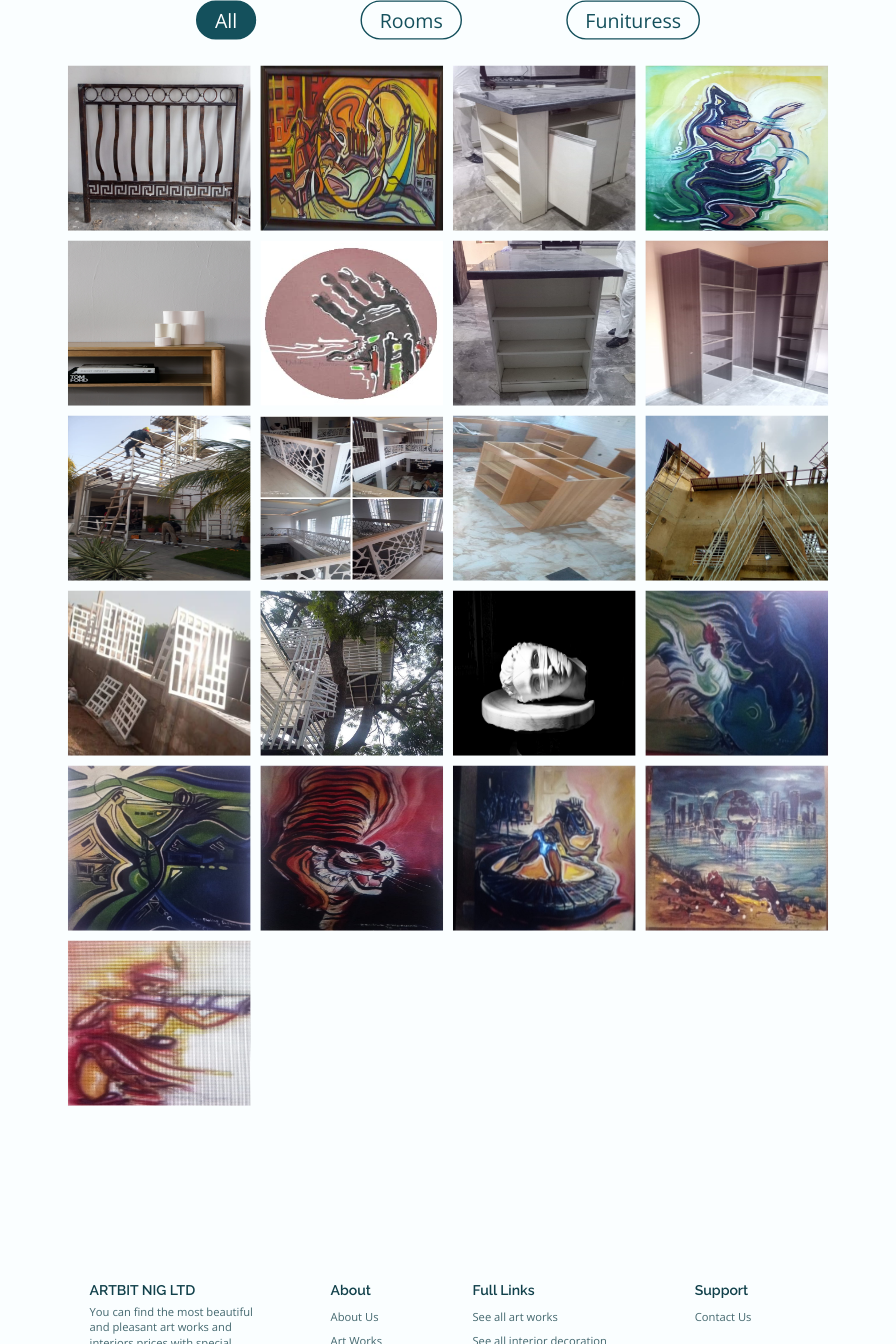
Repository: uche-hub/ARTBIT-WEB
Page: interiors.html
These files come from the project's save history. The page is drawn as it stood at one moment and after the next save; the edit follows.
The browser window is 1280 px wide. The pictures show the part of the page from y = 932 to 2852 px (the page is 3204 px tall), at 70% of full size.

Above is the page before, as saved 2021-11-17 15:39:58.
Console error: TypeError: Cannot read properties of null (reading 'classList')

### interiors.html
<!DOCTYPE html>
<html lang="en">
  <head>
    <meta charset="UTF-8" />
    <meta name="viewport" content="width=device-width, initial-scale=1.0" />

    <link rel="shortcut icon" href="assets/img/favicon.png" type="image/png" />

    <!--=============== REMIXICONS ===============-->
    <link
      href="https://cdn.jsdelivr.net/npm/remixicon@2.5.0/fonts/remixicon.css"
      rel="stylesheet"
    />

    <!--=============== SWIPER CSS ===============-->
    <link rel="stylesheet" href="assets/css/swiper-bundle.min.css" />

    <!--=============== CSS ===============-->
    <link rel="stylesheet" href="assets/css/styles.css" />
    <title>Art Work</title>
  </head>

  <body>
    <header class="header" id="header">
      <nav class="nav container">
        <a href="index.html" class="nav__logo">ARTBIT NIG LTD</a>

        <div class="nav__menu" id="nav-menu">
          <ul class="nav__list">
            <li class="nav__item">
              <a href="index.html" class="nav__link">Home</a>
            </li>
            <li class="nav__item">
              <a href="about.html" class="nav__link">About</a>
            </li>
            <li class="nav__item">
              <a href="interiors.html" class="nav__link active-link"
                >Interiors</a
              >
            </li>
            <li class="nav__item">
              <a href="art.html" class="nav__link">Art Works</a>
            </li>
            <li class="nav__item">
              <a href="contact.html" class="nav__link">Contact Us</a>
            </li>
          </ul>

          <div class="nav__dark">
            <!-- Theme change button -->
            <span class="change-theme-name">Dark mode</span>
            <i class="ri-moon-line change-theme" id="theme-button"></i>
          </div>

          <i class="ri-close-line nav__close" id="nav-close"></i>
        </div>

        <div class="nav__toggle" id="nav-toggle">
          <i class="ri-function-line"></i>
        </div>
      </nav>
    </header>

    <main class="main">
      <section class="home" id="home">
        <img src="assets/img/interiorsbg2.jpg" alt="" class="home__img" />

        <div class="home__container container grid">
          <div class="home__data">
            <span class="home__data-subtitle"
              >Discover all our interior designs</span
            >
            <h1 class="home__data-title">
              Explore The <br />Best <b>Beautiful home designs</b>
            </h1>
          </div>

          <div class="home__social">
            <a
              href="https://www.facebook.com/"
              target="_blank"
              class="home__social-link"
            >
              <i class="ri-facebook-box-fill"></i>
            </a>
            <a
              href="https://www.instagram.com/"
              target="_blank"
              class="home__social-link"
            >
              <i class="ri-instagram-fill"></i>
            </a>
            <a
              href="https://twitter.com/"
              target="_blank"
              class="home__social-link"
            >
              <i class="ri-twitter-fill"></i>
            </a>
          </div>
        </div>
      </section>

      <!--=============== ART GALLERY ===========-->
      <section class="art section" id="art">
        <div class="wrapper">
          <nav>
            <div class="items">
              <span class="item active" data-name="all">All</span>
              <span class="item" data-name="painting">Rooms</span>
              <span class="item" data-name="sculptures">Funituress</span>
            </div>
          </nav>
          <!--========= FILTER IMAGE ===========-->
          <div class="gallery">
            <div class="image" data-name="painting">
              <span
                ><img src="/assets/img/interior1.jpeg" alt="painting 1"
              /></span>
            </div>
            <div class="image" data-name="painting">
              <span><img src="/assets/img/act1.jpeg" alt="painting 1" /></span>
            </div>
            <div class="image" data-name="metal">
              <span><img src="/assets/img/i2.jpeg" alt="metal 1" /></span>
            </div>
            <div class="image" data-name="metal">
              <span><img src="/assets/img/a1.jpeg" alt="metal 1" /></span>
            </div>
            <div class="image" data-name="sculptures">
              <span
                ><img src="/assets/img/interiors3.jpg" alt="sculptures 1"
              /></span>
            </div>
            <div class="image" data-name="sculptures">
              <span><img src="/assets/img/a3.jpeg" alt="sculptures 1" /></span>
            </div>
            <div class="image" data-name="painting">
              <span><img src="/assets/img/i3.jpeg" alt="painting 2" /></span>
            </div>
            <div class="image" data-name="metal">
              <span><img src="/assets/img/i4.jpeg" alt="metal 2" /></span>
            </div>
            <div class="image" data-name="sculptures">
              <span><img src="/assets/img/i5.jpeg" alt="sculptures 2" /></span>
            </div>
            <div class="image" data-name="painting">
              <span><img src="/assets/img/i6.jpeg" alt="painting 3" /></span>
            </div>
            <div class="image" data-name="metal">
              <span><img src="/assets/img/i7.jpeg" alt="metal 3" /></span>
            </div>
            <div class="image" data-name="sculptures">
              <span><img src="/assets/img/i8.jpeg" alt="sculptures 3" /></span>
            </div>
            <div class="image" data-name="painting">
              <span><img src="/assets/img/i9.jpeg" alt="painting 4" /></span>
            </div>
            <div class="image" data-name="metal">
              <span><img src="/assets/img/i10.jpeg" alt="metal 4" /></span>
            </div>
            <div class="image" data-name="sculptures">
              <span><img src="/assets/img/s4.jpg" alt="sculptures 4" /></span>
            </div>





            <div class="image" data-name="metal">
              <span><img src="/assets/img/a5.jpeg" alt="metal 2" /></span>
            </div>
            <div class="image" data-name="sculptures">
              <span><img src="/assets/img/a6.jpeg" alt="sculptures 2" /></span>
            </div>
            <div class="image" data-name="painting">
              <span><img src="/assets/img/a7.jpeg" alt="painting 3" /></span>
            </div>
            <div class="image" data-name="metal">
              <span><img src="/assets/img/a8.jpeg" alt="metal 3" /></span>
            </div>
            <div class="image" data-name="sculptures">
              <span><img src="/assets/img/a9.jpeg" alt="sculptures 3" /></span>
            </div>
            <div class="image" data-name="painting">
              <span><img src="/assets/img/a10.jpeg" alt="painting 4" /></span>
            </div>
          </div>
        </div>
      </section>

      <!-- Full Screen Image Preview Box-->
      <div class="preview-box">
        <div class="details">
          <span class="title"
            >Image Category:
            <p>Not Defined</p></span
          >
          <span class="icon ri-close-line"></span>
        </div>
        <div class="image-box">
          <img src="" alt="" />
        </div>
      </div>

      <div class="shadow"></div>
    </main>

    <!--==================== FOOTER ====================-->
    <footer class="footer section">
      <div class="footer__container container grid">
        <div class="footer__content grid">
          <div class="footer__data">
            <h3 class="footer__title">ARTBIT NIG LTD</h3>
            <p class="footer__description">
              You can find the most beautiful and pleasant art works and
              interiors prices with special discounts. We do art like painting,
              sculptures, metal construction. You can choose the best art that
              suit your home, <br />
              interiors that best suit your home.
            </p>
            <div>
              <a
                href="https://www.facebook.com/"
                target="_blank"
                class="footer__social"
              >
                <i class="ri-facebook-box-fill"></i>
              </a>
              <a
                href="https://twitter.com/"
                target="_blank"
                class="footer__social"
              >
                <i class="ri-twitter-fill"></i>
              </a>
              <a
                href="https://www.instagram.com/"
                target="_blank"
                class="footer__social"
              >
                <i class="ri-instagram-fill"></i>
              </a>
            </div>
          </div>

          <div class="footer__data">
            <h3 class="footer__subtitle">About</h3>
            <ul>
              <li class="footer__item">
                <a href="#about" class="footer__link">About Us</a>
              </li>
              <li class="footer__item">
                <a href="#art" class="footer__link">Art Works</a>
              </li>
              <li class="footer__item">
                <a href="#interiors" class="footer__link">Interiors</a>
              </li>
            </ul>
          </div>

          <div class="footer__data">
            <h3 class="footer__subtitle">Full Links</h3>
            <ul>
              <li class="footer__item">
                <a href="art.html" class="footer__link">See all art works</a>
              </li>
              <li class="footer__item">
                <a href="" class="footer__link">See all interior decoration</a>
              </li>
            </ul>
          </div>

          <div class="footer__data">
            <h3 class="footer__subtitle">Support</h3>
            <ul>
              <li class="footer__item">
                <a href="" class="footer__link">Contact Us</a>
              </li>
            </ul>
          </div>
        </div>

        <div class="footer__rights">
          <p class="footer__copy">
            &#169; 2021 ARTBIT NIG LTD. All rigths reserved.
          </p>
        </div>
      </div>
    </footer>

    <!--========== SCROLL UP ==========-->
    <a href="#" class="scrollup" id="scroll-up">
      <i class="ri-arrow-up-line scrollup__icon"></i>
    </a>

    <!--=============== SCROLL REVEAL===============-->
    <script src="assets/js/scrollreveal.min.js"></script>

    <!--=============== SWIPER JS ===============-->
    <script src="assets/js/swiper-bundle.min.js"></script>

    <!--=============== MAIN JS ===============-->
    <script src="assets/js/art.js"></script>
  </body>
</html>

Loaded but not shown: assets/css/swiper-bundle.min.css (library); assets/js/scrollreveal.min.js (library); assets/js/swiper-bundle.min.js (library); assets/js/art.js (201 lines, source omitted); assets/css/styles.css (1203 lines, source omitted)

After the next save:
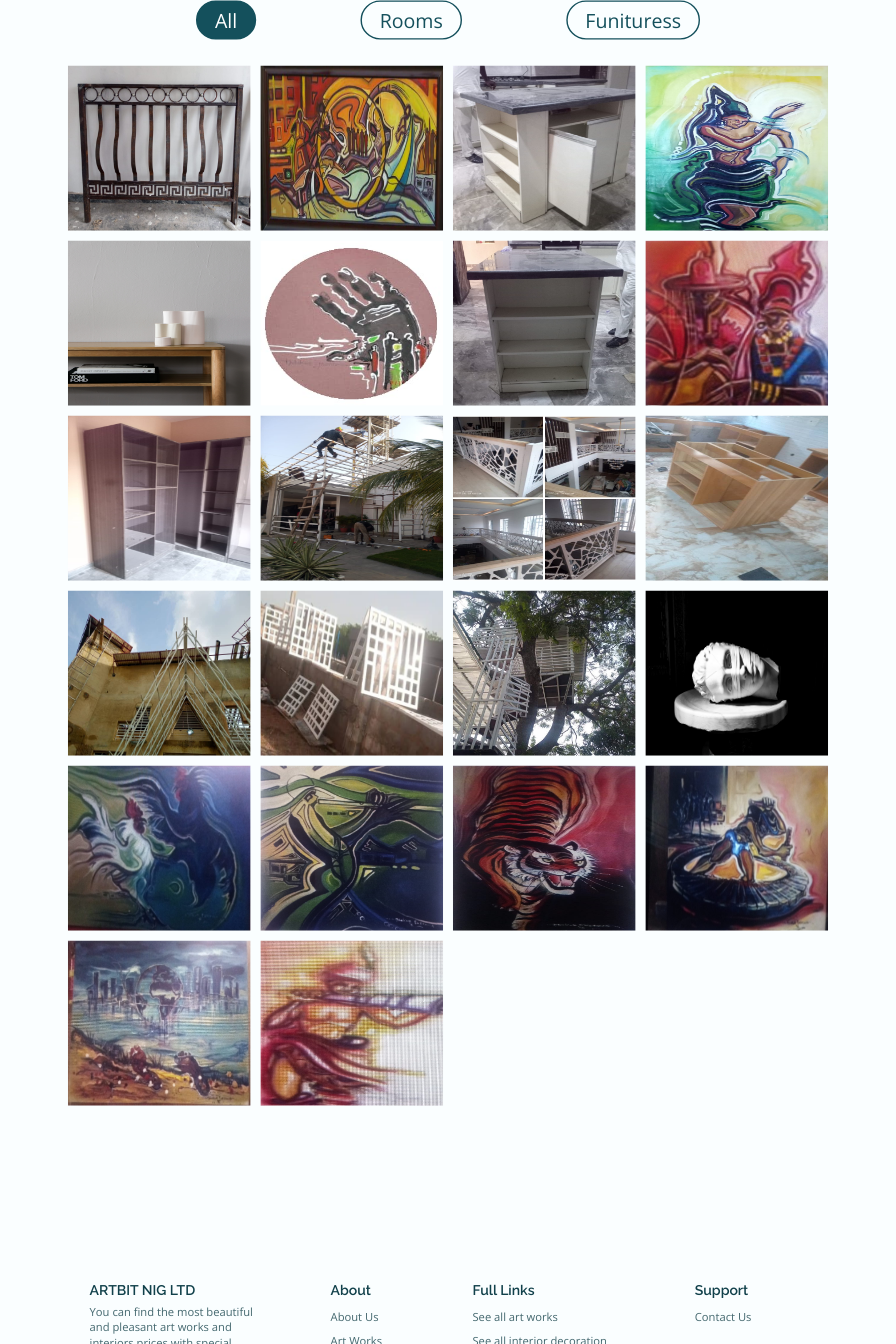
Saved 12 s later.
--- a/interiors.html
+++ b/interiors.html
@@ -137,6 +137,9 @@
             </div>
             <div class="image" data-name="painting">
               <span><img src="/assets/img/i3.jpeg" alt="painting 2" /></span>
+            </div>
+            <div class="image" data-name="painting">
+              <span><img src="/assets/img/a4.jpeg" alt="painting 2" /></span>
             </div>
             <div class="image" data-name="metal">
               <span><img src="/assets/img/i4.jpeg" alt="metal 2" /></span>
